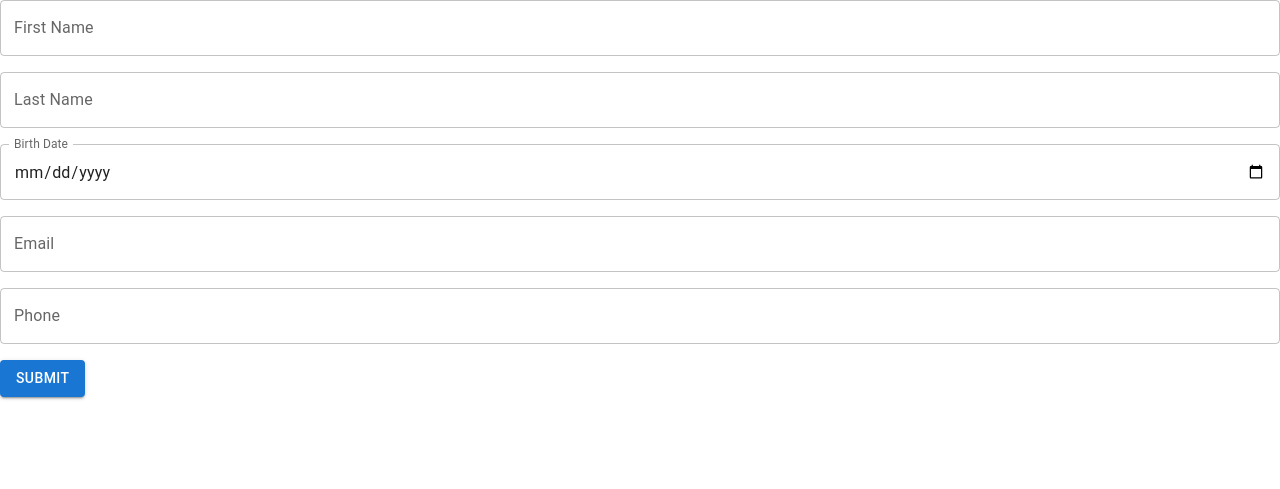
Repository: lenx0/front-client-manager
Page: /
These files come from the project's save history. The page is drawn as it stood at one moment and after the next save; the edit follows.
The browser window is 1280 px wide. The pictures show the whole page.
The project was rebuilt for these pictures with package versions that can differ from the ones it lists, and the page was loaded fresh each time. Also part of the build but not shown: vite.config.js, src/App.css, src/components/templates/Base/index.jsx.

Above is the page before, as saved 2024-06-24 23:16:33.

### index.html
<!doctype html>
<html lang="en">
  <head>
    <meta charset="UTF-8" />
    <meta name="viewport" content="width=device-width, initial-scale=1.0" />
    <title>Client Manager</title>
  </head>
  <body>
    <div id="root"></div>
    <script type="module" src="/src/main.jsx"></script>
  </body>
</html>

### src/App.jsx
import './App.css'
import UserForm from './components/UserForm'
import Base from './components/templates/Base'

function App() {

  return (
      <UserForm />
  )
}

export default App

### src/components/UserForm.jsx
import React from 'react';
import { useForm } from 'react-hook-form';
import CustomInput from './CustomInput';
import { Button, Grid } from '@mui/material';
import axios from 'axios';

const UserForm = () => {
  const { handleSubmit, control, reset } = useForm();

  const onSubmit = async (data) => {
    try {
      const response = await axios.post('http://localhost:3100/v1/users/create', data);
      console.log('Dados enviados com sucesso:', response.data);
      reset();
    } catch (error) {
      console.error('Erro ao enviar dados:', error);
    }
  };

  return (
    <form onSubmit={handleSubmit(onSubmit)}>
      <Grid container spacing={2}>
        <Grid item xs={12}>
          <CustomInput
            name="firstName"
            control={control}
            label="First Name"
            rules={{ required: 'First name is required' }}
          />
        </Grid>
        <Grid item xs={12}>
          <CustomInput
            name="lastName"
            control={control}
            label="Last Name"
            rules={{ required: 'Last name is required' }}
          />
        </Grid>
        <Grid item xs={12}>
          <CustomInput
            name="birthDate"
            control={control}
            label="Birth Date"
            placeHolder="none"
            type="date"
            rules={{ required: 'Birth date is required' }}
            defaultValue=""
          />
        </Grid>
        <Grid item xs={12}>
          <CustomInput
            name="email"
            control={control}
            label="Email"
            type="email"
            rules={{
              required: 'Email is required',
              pattern: {
                value: /^[a-zA-Z0-9_.+-]+@[a-zA-Z0-9-]+\.[a-zA-Z0-9-.]+$/,
                message: 'Enter a valid email address',
              },
            }}
          />
        </Grid>
        <Grid item xs={12}>
          <CustomInput
            name="phone"
            control={control}
            label="Phone"
            rules={{ required: 'Phone number is required' }}
          />
        </Grid>
        <Grid item xs={12}>
          <Button type="submit" variant="contained" color="primary">
            Submit
          </Button>
        </Grid>
      </Grid>
    </form>
  );
};

export default UserForm;

### src/components/CustomInput.jsx
import React from 'react';
import { Controller } from 'react-hook-form';
import TextField from '@mui/material/TextField';

const CustomInput = ({ name, control, label, type = 'text', rules, defaultValue = '' }) => {
  return (
    <Controller
      name={name}
      control={control}
      defaultValue={defaultValue}
      rules={rules}
      render={({ field, fieldState: { error } }) => (
        <TextField
          {...field}
          label={label}
          type={type}
          error={!!error}
          helperText={error ? error.message : null}
          variant="outlined"
          InputLabelProps={type === 'date' ? { shrink: true } : {}}
          fullWidth
        />
      )}
    />
  );
};

export default CustomInput;

Loaded but not shown: src/main.jsx (common file); src/index.css (common file)

After the next save:
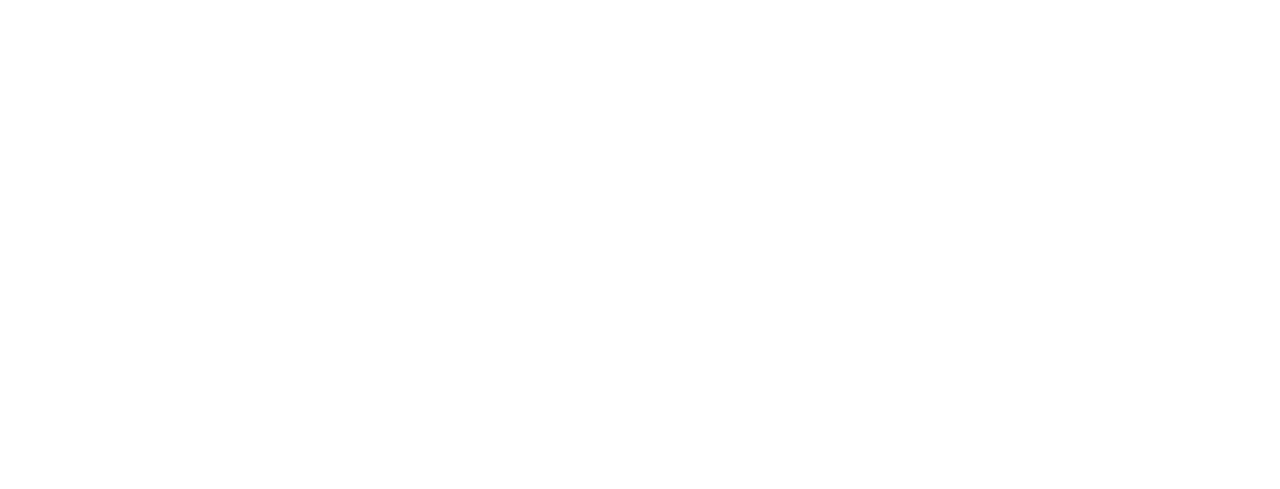
Console error: ReferenceError: Box is not defined
Saved 29 s later.
--- a/src/App.jsx
+++ b/src/App.jsx
@@ -5,7 +5,9 @@
 function App() {
 
   return (
+    <Box>
       <UserForm />
+    </Box>
   )
 }
 

After the 2 saves that followed:
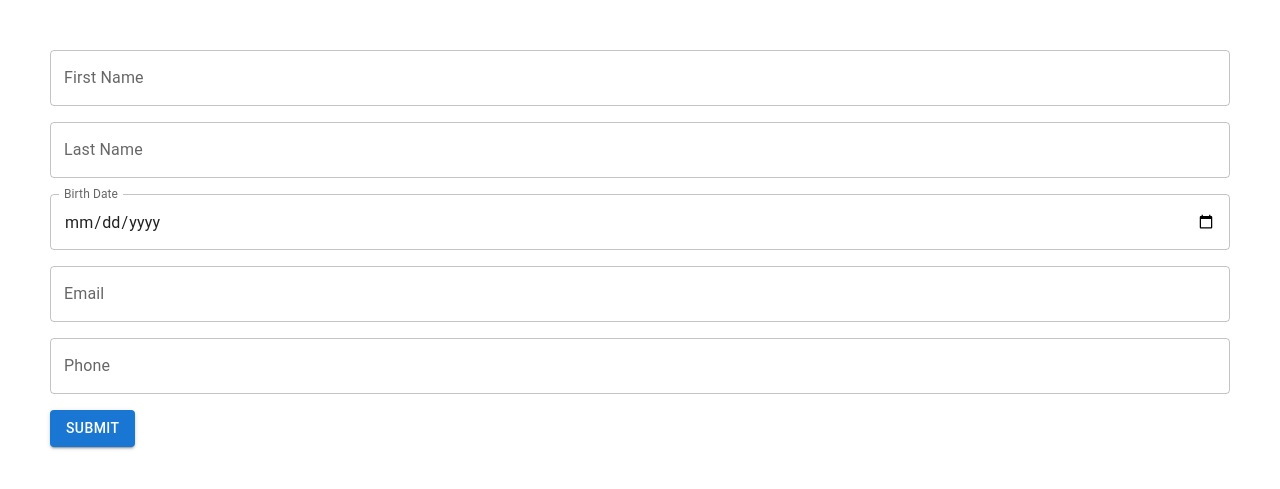
The error is gone.
The 2 saves are shown as one change because 1 left the picture as it was.
The last was saved 15 s later.
--- a/src/App.jsx
+++ b/src/App.jsx
@@ -1,3 +1,4 @@
+import { Box } from '@mui/material'
 import './App.css'
 import UserForm from './components/UserForm'
 import Base from './components/templates/Base'
@@ -5,7 +6,7 @@
 function App() {
 
   return (
-    <Box>
+    <Box sx={{ padding: '50px' }}>
       <UserForm />
     </Box>
   )
